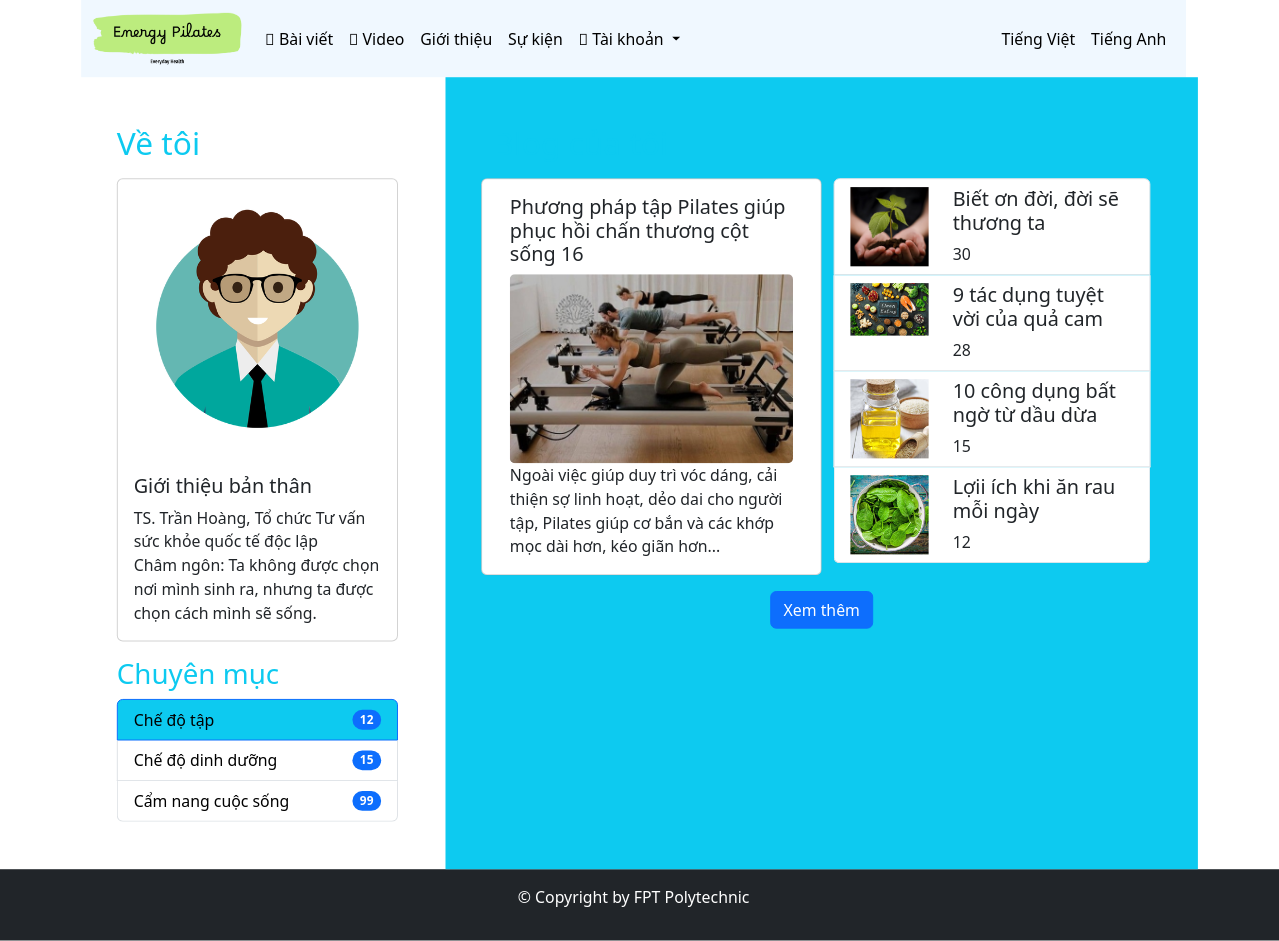
Repository: KizukoHeiwa/SOF308
Page: Lab1/index.html
The author's editor kept a copy of each file at every save. The page is drawn from the files as they stood at one save, then again after the next save.
The browser window is 1280 px wide. The page is 1292 px wide, so the pictures cover 1292 px, including what lies to the right of the window. The pictures show the whole page, at 99% of full size.

Above is the page before, as saved 2024-10-31 10:44:31.

### Lab1/index.html
<!DOCTYPE html>
<html lang="en">
<head>
    <meta charset="UTF-8">
    <meta name="viewport" content="width=device-width, initial-scale=1.0">
    <title>FPT Polytechnic</title>
    <link href="https://cdn.jsdelivr.net/npm/bootstrap@5.3.3/dist/css/bootstrap.min.css" rel="stylesheet" integrity="sha384-QWTKZyjpPEjISv5WaRU9OFeRpok6YctnYmDr5pNlyT2bRjXh0JMhjY6hW+ALEwIH" crossorigin="anonymous">
    <script src="https://cdn.jsdelivr.net/npm/bootstrap@5.3.3/dist/js/bootstrap.bundle.min.js" integrity="sha384-YvpcrYf0tY3lHB60NNkmXc5s9fDVZLESaAA55NDzOxhy9GkcIdslK1eN7N6jIeHz" crossorigin="anonymous"></script>
    <link rel="stylesheet" href="https://cdnjs.cloudflare.com/ajax/libs/font-awesome/4.7.0/css/font-awesome.min.css">
    <style>
        header{
            background-color: aliceblue;
            /* box-shadow: 1px 1px 2px 1px lightgray; */
        }
        .nav-link{
            color: black;
        }
        .nav-link:hover{
            color: green;
        }
        .navbar-nav .nav-link.active, .navbar-nav .nav-link.show {
            color: green;
        }
        .button-wrapper{
            display: flex;
            justify-content: center;
            align-items: center;
        }
        .footer-content{
            color: white;
            text-align: center;
        }
    </style>

</head>
<body>
    <div class="container">
        <header>
            <nav class="navbar navbar-expand-sm">
                <div class="container">
                    <a class="navbar-brand" href="#">
                        <img src="img/logo-energy-pilates.png" alt="" style="width: 150px;">
                    </a>
                    <div class="collapse navbar-collapse" id="collapsibleNavbar">
                        <ul class="navbar-nav me-auto">
                            <li class="nav-item">
                                <a class="nav-link" href="#"><i class="fa-solid fa-list"></i> Bài viết</a>
                            </li>
                            <li class="nav-item">
                                <a class="nav-link" href="#"><i class="fa-solid fa-film"></i> Video</a>
                            </li>
                            <li class="nav-item">
                                <a class="nav-link" href="#"><i class="fa-solid fa-circle-info"></i> Giới thiệu</a>
                            </li>
                            <li class="nav-item">
                                <a class="nav-link" href="#"><i class="fa-solid fa-calendar-days"></i> Sự kiện</a>
                            </li>
                            <li class="nav-item dropdown">
                                <a class="nav-link dropdown-toggle" href="#" role="button" data-bs-toggle="dropdown">
                                    <i class="fa-solid fa-user"></i> Tài khoản
                                </a>
                                <ul class="dropdown-menu">
                                    <li><a class="dropdown-item" href="#">Đăng nhập</a></li>
                                    <li><a class="dropdown-item" href="#">Quên mật khẩu</a></li>
                                    <li><a class="dropdown-item" href="#">Đăng ký thành viên</a></li>
                                </ul>
                            </li>
                        </ul>
                        <ul class="navbar-nav d-flex">
                            <li class="nav-item">
                                <a class="nav-link">Tiếng Việt</a>
                            </li>
                            <li class="nav-item">
                                <a class="nav-link">Tiếng Anh</a>
                            </li>
                        </ul>
                    </div>
                </div>
            </nav>
        </header>
        <section class="row">
            <aside class="col-sm-4 p-5">
                <div class="col-sm">
                    <h2 class="text-info mb-3">Về tôi</h2>
                    <div class="card mb-3">
                        <img src="img/avatar.png" class="card-img-top" alt="">
                        <div class="card-body">
                            <h5 class="card-title">Giới thiệu bản thân</h5>
                            <p class="card-text">TS. Trần Hoàng, Tổ chức Tư vấn sức khỏe quốc tế độc lập <br>
                                Châm ngôn: Ta không được chọn nơi mình sinh ra, nhưng ta được chọn cách mình sẽ sống.
                            </p>
                        </div>
                    </div>

                    <h3 class="text-info mt-2">Chuyên mục</h3>
                    <ul class="list-group">
                        <li class="list-group-item active bg-info d-flex justify-content-between align-items-center">
                            <a class="nav-link" href="#">Chế độ tập</a>
                            <span class="badge bg-primary rounded-pill">12</span>
                        </li>
                        <li class="list-group-item d-flex justify-content-between align-items-center">
                            <a class="nav-link" href="#">Chế độ dinh dưỡng</a>
                            <span class="badge bg-primary rounded-pill">15</span>
                        </li>
                        <li class="list-group-item d-flex justify-content-between align-items-center">
                            <a class="nav-link" href="#">Cẩm nang cuộc sống</a>
                            <span class="badge bg-primary rounded-pill">99</span>
                        </li>
                    </ul>
                    <!-- end Chuyên mục -->
                </div>
            </aside>
            <article class="col-sm-8 bg-info p-5">
                <div class="row">
                        <h2 class="text-info mb-3">Blog của tôi</h2>
                        <div class="card col-sm-6">
                            <div class="card-body">
                                <h5 class="card-title">Phương pháp tập Pilates giúp phục hồi chấn thương cột sống <i class="fa-solid fa-message"></i> 16</h5>
                                <img src="img/tap-piltes.jpg" alt="" class="card-img">
                                <p class="card-text">Ngoài việc giúp duy trì vóc dáng, cải thiện sợ linh hoạt, dẻo dai cho người tập, Pilates giúp cơ bắn và các khớp mọc dài hơn, kéo giãn hơn...</p>
                            </div>
                        </div>
                        <div class="col-sm-6">
                            <ul class="list-group">
                                <li class="list-group-item d-flex justify-content-between align-items-start">
                                    <div class="row">
                                        <div class="col-4">
                                            <img src="img/corevalue.jpg" alt="" class="card-img">
                                        </div>
                                        <div class="col-8">
                                            <h5>Biết ơn đời, đời sẽ thương ta</h5>
                                            <span>30</span>
                                        </div>
                                    </div>
                                </li>
                                <li class="list-group-item d-flex justify-content-between align-items-start">
                                    <div class="row">
                                        <div class="col-4">
                                            <img src="img/eat-clean.png" alt="" class="card-img">
                                        </div>
                                        <div class="col-8">
                                            <h5>9 tác dụng tuyệt vời của quả cam</h5>
                                            <span>28</span>
                                        </div>
                                    </div>
                                </li>
                                <li class="list-group-item d-flex justify-content-between align-items-start">
                                    <div class="row">
                                        <div class="col-4">
                                            <img src="img/sesameoil_300x300.jpg" alt="" class="card-img">
                                        </div>
                                        <div class="col-8">
                                            <h5>10 công dụng bất ngờ từ dầu dừa</h5>
                                            <span>15</span>
                                        </div>
                                    </div>
                                </li>
                                <li class="list-group-item d-flex justify-content-between align-items-start">
                                    <div class="row">
                                        <div class="col-4">
                                            <img src="img/spinach_300x300.jpg" alt="" class="card-img">
                                        </div>
                                        <div class="col-8">
                                            <h5>Lợii ích khi ăn rau mỗi ngày</h5>
                                            <span>12</span>
                                        </div>
                                    </div>
                                </li>
                            </ul>
                        </div>
                    </div>
                    <div class="button-wrapper">
                        <button type="button" class="btn btn-primary m-3">Xem thêm</button>
                    </div>
                </div>
            </article>
        </section>
        <footer class="row bg-dark p-3">
            <p class="footer-content">&copy; Copyright by FPT Polytechnic</p>
        </footer>
    </div>
</body>
</html>

After the next save:
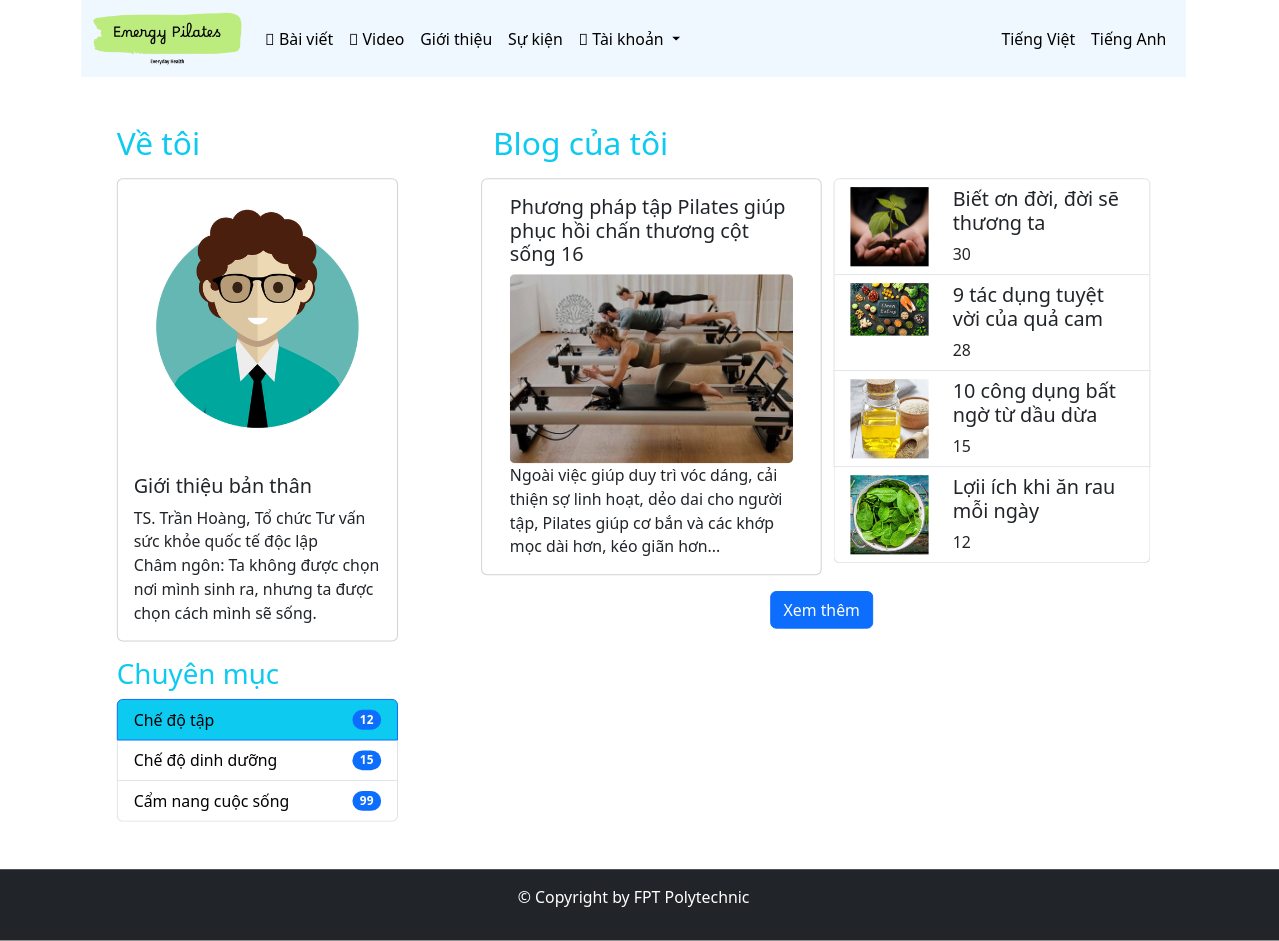
Saved 34 s later.
--- a/Lab1/index.html
+++ b/Lab1/index.html
@@ -110,7 +110,7 @@
                     <!-- end Chuyên mục -->
                 </div>
             </aside>
-            <article class="col-sm-8 bg-info p-5">
+            <article class="col-sm-8 p-5">
                 <div class="row">
                         <h2 class="text-info mb-3">Blog của tôi</h2>
                         <div class="card col-sm-6">
